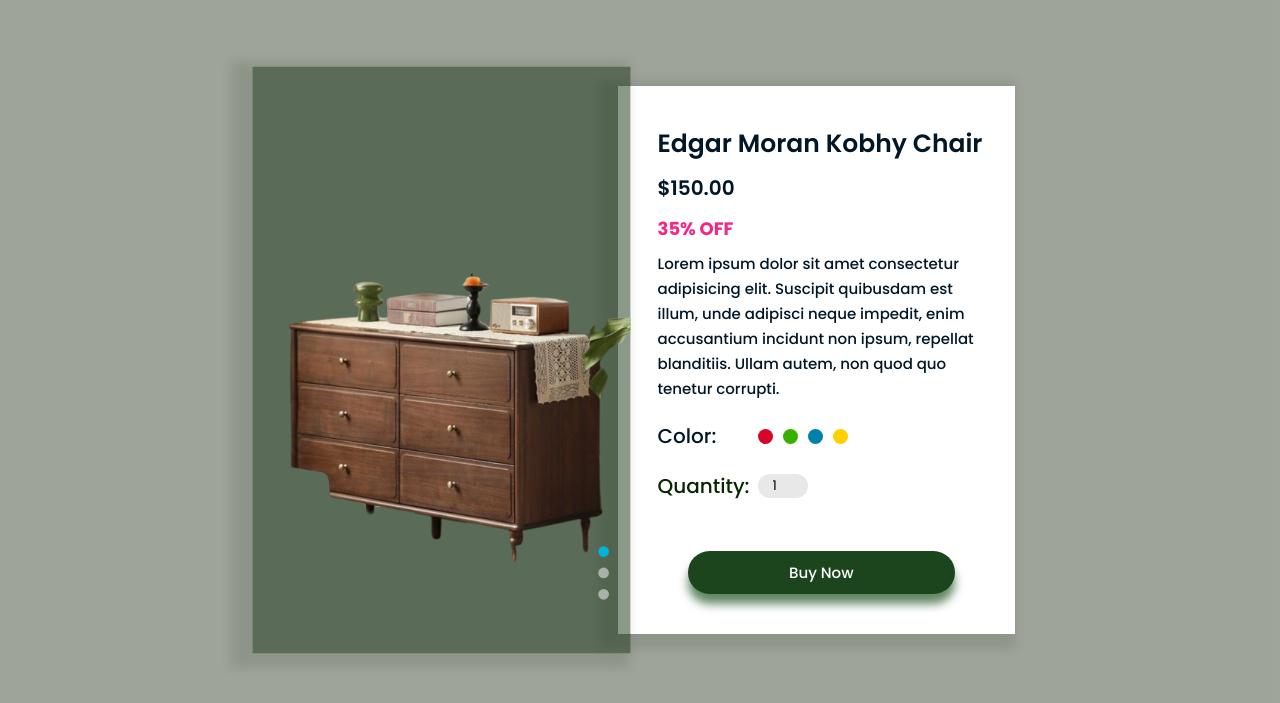
Repository: doua184/CasaLux
Page: single3.html
An editor plug-in stored every save of this project. The page is shown before and after the next save, followed by the edit.
The browser window is 1280 px wide. The pictures show the whole page.

Above is the page before, as saved 2025-04-05 19:39:36.

After the next save:
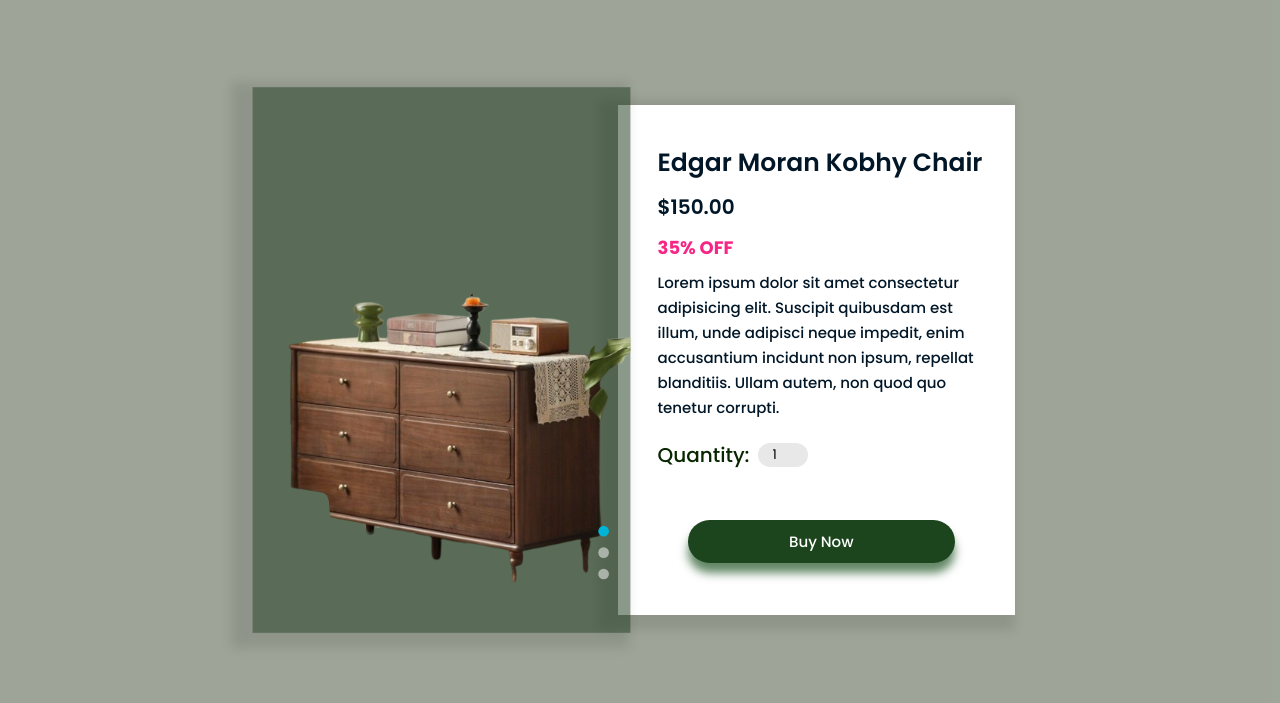
Saved 49 s later.
--- a/single3.html
+++ b/single3.html
@@ -26,29 +26,7 @@
                     <p>Lorem ipsum dolor sit amet consectetur adipisicing elit. Suscipit quibusdam est illum, unde adipisci neque impedit, enim accusantium incidunt non ipsum, repellat blanditiis. Ullam autem, non quod quo tenetur corrupti.</p>
                 </div>
 
-                <div class="colors">
-                    <form class="form">
-                        <div class="select-color">
-                            <h3>Color:</h3>
-                            <label for="red">
-                                <input type="radio" name="color" id="red">
-                                <span class="color-1"></span>
-                            </label>
-                            <label for="green">
-                                <input type="radio" name="color" id="green">
-                                <span class="color-2"></span>
-                            </label>
-                            <label for="blue">
-                                <input type="radio" name="color" id="blue">
-                                <span class="color-3"></span>
-                            </label>
-                            <label for="yellow">
-                                <input type="radio" name="color" id="yellow">
-                                <span class="color-4"></span>
-                            </label>
-                        </div>
-                    </form>
-                </div>
+
                 <div class="quantity">
                     <div class="select-quantity">
                         <h3>Quantity:</h3>
